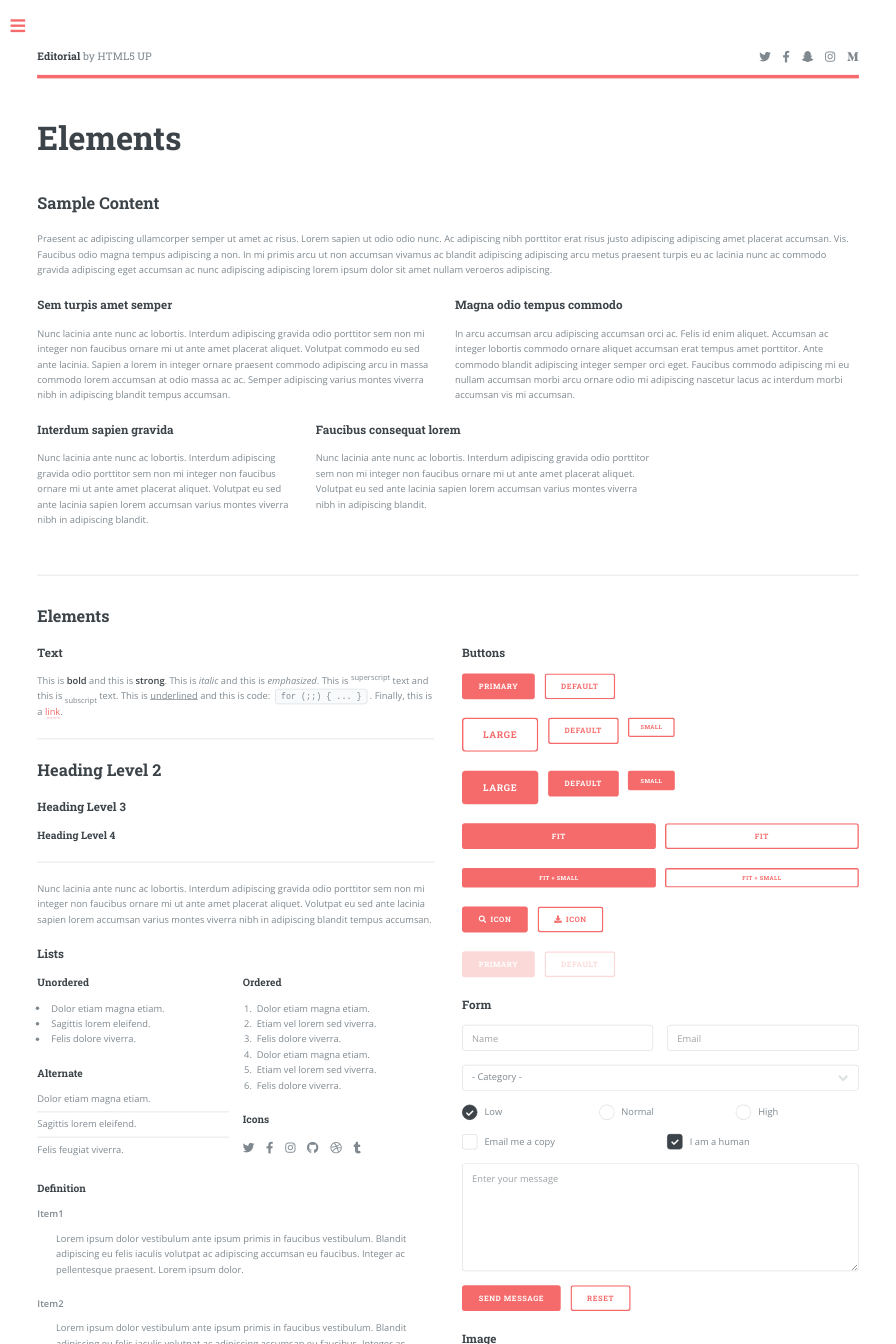
Repository: Hpz3859/Hpz3859.github.io
Page: elements.html
The author's editor kept a copy of each file at every save. The page is drawn from the files as they stood at one save, then again after the next save.
The browser window is 1280 px wide. The pictures show the part of the page from y = 0 to 1920 px (the page is 3543 px tall), at 70% of full size.

Above is the page before, as saved 2025-03-19 13:20:56.

After the next save:
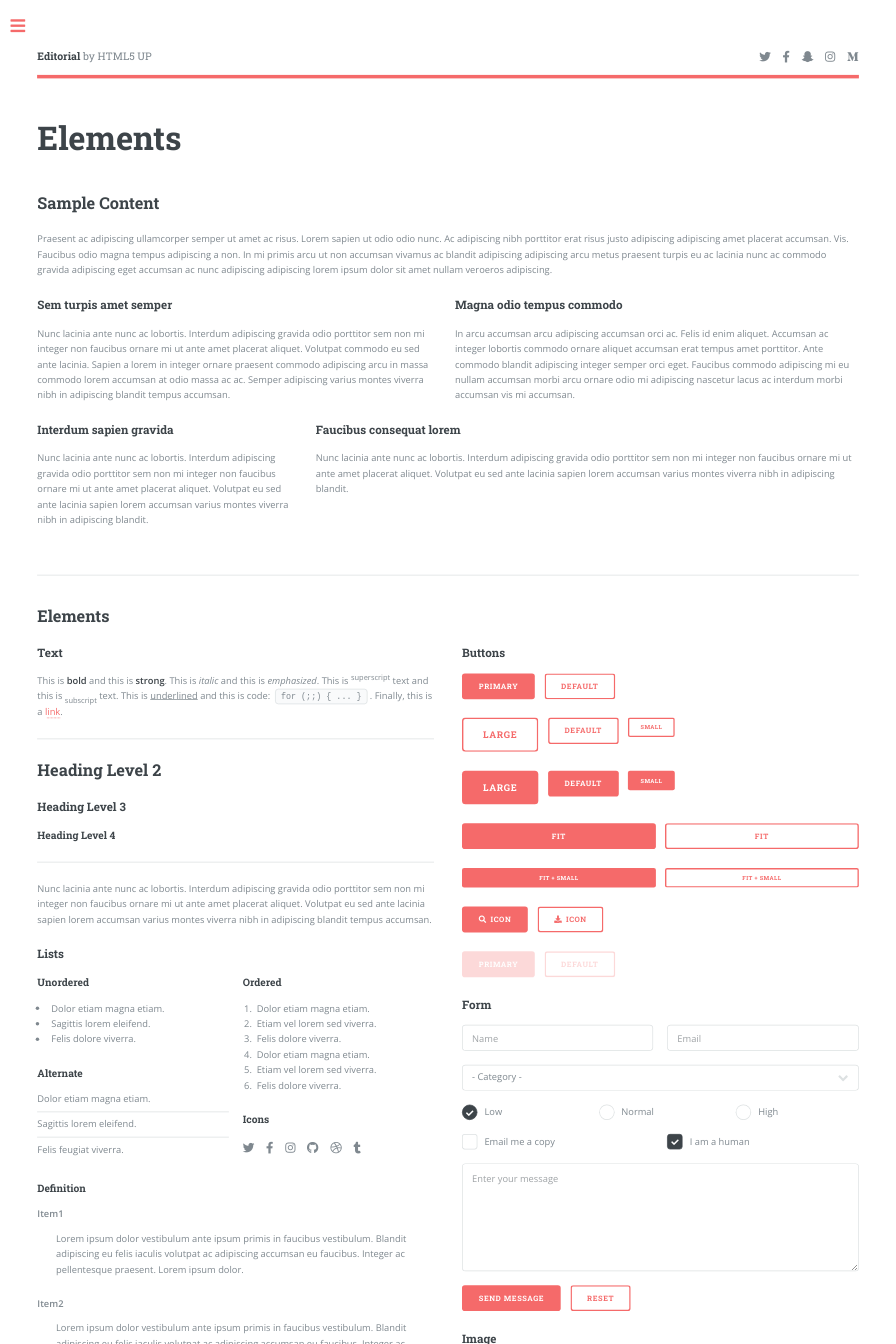
Saved 15 s later.
--- a/elements.html
+++ b/elements.html
@@ -55,7 +55,7 @@
 												<h3>Interdum sapien gravida</h3>
 												<p>Nunc lacinia ante nunc ac lobortis. Interdum adipiscing gravida odio porttitor sem non mi integer non faucibus ornare mi ut ante amet placerat aliquet. Volutpat eu sed ante lacinia sapien lorem accumsan varius montes viverra nibh in adipiscing blandit.</p>
 											</div>
-											<div class="col-5 col-12-medium">
+											<div class="col-8 col-12-medium">
 												<h3>Faucibus consequat lorem</h3>
 												<p>Nunc lacinia ante nunc ac lobortis. Interdum adipiscing gravida odio porttitor sem non mi integer non faucibus ornare mi ut ante amet placerat aliquet. Volutpat eu sed ante lacinia sapien lorem accumsan varius montes viverra nibh in adipiscing blandit.</p>
 											</div>
